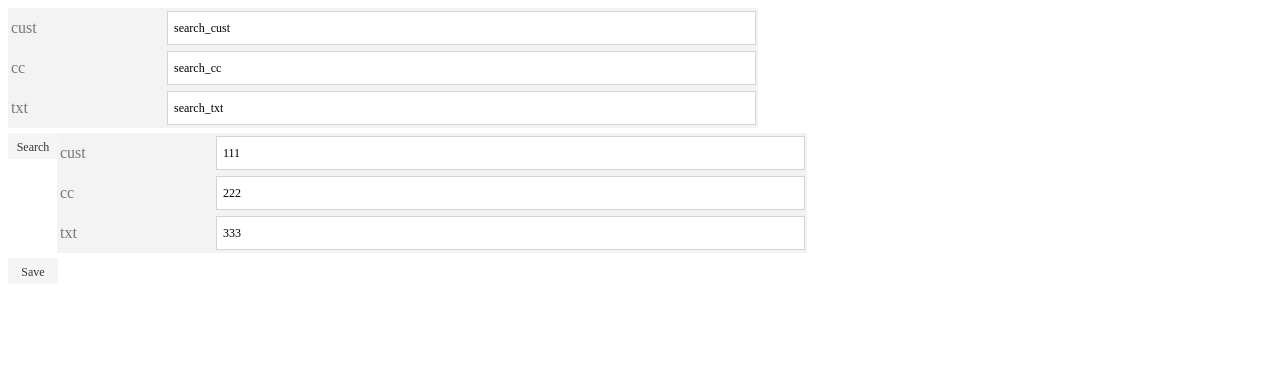
Repository: moonyohan1/react-recoil-ts
Page: / (app in 3.Input/)
An editor plug-in stored every save of this project. The page is shown before and after the next save, followed by the edit.
The browser window is 1280 px wide. The pictures show the whole page.
The project was rebuilt for these pictures with package versions that can differ from the ones it lists, and the page was loaded fresh each time.

Above is the page before, as saved 2022-09-05 13:43:31.

After the next save:
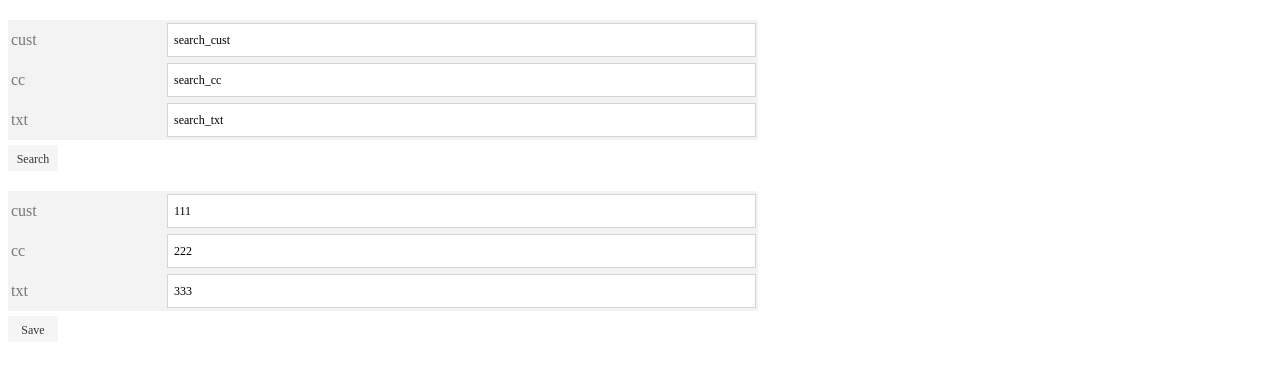
Saved 100 s later.
--- a/3.Input/src/css/index.css
+++ b/3.Input/src/css/index.css
@@ -1,7 +1,7 @@
 .wrapper-form {
   list-style: none;
   padding: 0;
-  margin: 0;
+  margin-top: 20px;
   background-color: #f3f3f3;
   margin-bottom: 5px;
   max-width: none;
@@ -48,7 +48,6 @@
 }
 
 .control-set {
-  float: left;
   display: -ms-flexbox;
   display: flex;
   -ms-flex-wrap: wrap;
